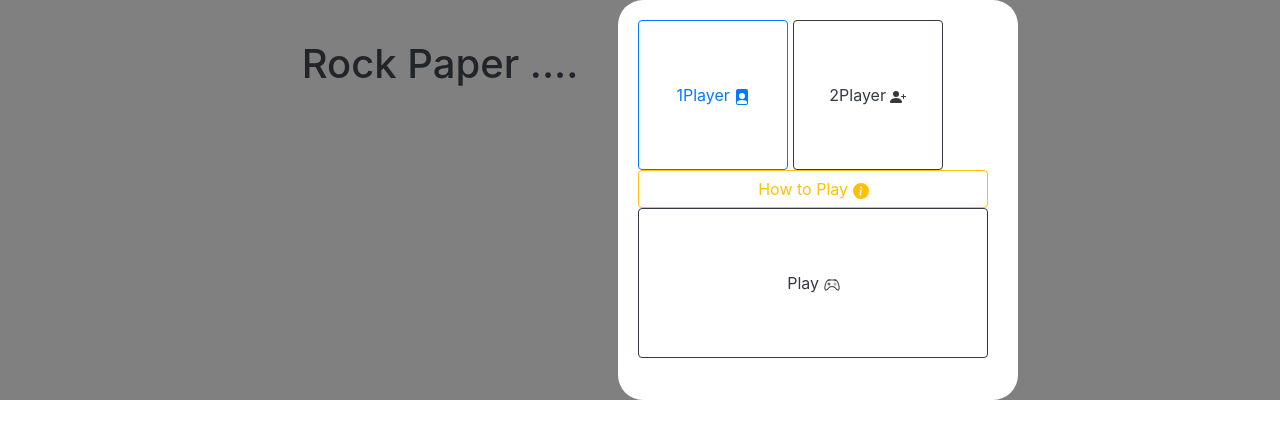
Repository: hossamsulleman1/Colllege-rock-paper-game
Page: index.html
These files come from the project's save history. The page is drawn as it stood at one moment and after the next save; the edit follows.
The browser window is 1280 px wide. The pictures show the whole page.

Above is the page before, as saved 2020-09-15 10:47:58.
Console error: SyntaxError: Unexpected token '<'

### index.html
<!DOCTYPE html>
<html lang="en">
<head>
    <script src="index.js"></script>
    <link rel="stylesheet" href="index.css">

    <meta charset="UTF-8">
    <meta name="viewport" content="width=device-width, initial-scale=1.0">
    <title>Rock Paper...</title>
</head>
<body>
   <div class="wall">
      <h1 style="padding: 40px; text-align: center;">Rock Paper .... </h1>
    <div class="mainCard">
<button style="height: 150px; width: 150px; padding: 20px;" class="btn btn-outline-primary">
    1Player
    <svg width="1em" height="1em" viewBox="0 0 16 16" class="bi bi-file-person-fill" fill="currentColor" xmlns="http://www.w3.org/2000/svg">
        <path fill-rule="evenodd" d="M12 0H4a2 2 0 0 0-2 2v12a2 2 0 0 0 2 2h8a2 2 0 0 0 2-2V2a2 2 0 0 0-2-2zm-1 7a3 3 0 1 1-6 0 3 3 0 0 1 6 0zm-3 4c2.623 0 4.146.826 5 1.755V14a1 1 0 0 1-1 1H4a1 1 0 0 1-1-1v-1.245C3.854 11.825 5.377 11 8 11z"/>
      </svg>
</button>
<button style="height: 150px; width: 150px; padding: 20px;"class="btn btn-outline-dark">
    2Player
    <svg width="1em" height="1em" viewBox="0 0 16 16" class="bi bi-person-plus-fill" fill="currentColor" xmlns="http://www.w3.org/2000/svg">
        <path fill-rule="evenodd" d="M1 14s-1 0-1-1 1-4 6-4 6 3 6 4-1 1-1 1H1zm5-6a3 3 0 1 0 0-6 3 3 0 0 0 0 6zm7.5-3a.5.5 0 0 1 .5.5V7h1.5a.5.5 0 0 1 0 1H14v1.5a.5.5 0 0 1-1 0V8h-1.5a.5.5 0 0 1 0-1H13V5.5a.5.5 0 0 1 .5-.5z"/>
      </svg>
</button>
<br>
<button style="width: 350px;" class="btn btn-outline-warning" onclick="howToPlay()">
    How to Play
    <svg width="1em" height="1em" viewBox="0 0 16 16" class="bi bi-info-circle-fill" fill="currentColor" xmlns="http://www.w3.org/2000/svg">
        <path fill-rule="evenodd" d="M8 16A8 8 0 1 0 8 0a8 8 0 0 0 0 16zm.93-9.412l-2.29.287-.082.38.45.083c.294.07.352.176.288.469l-.738 3.468c-.194.897.105 1.319.808 1.319.545 0 1.178-.252 1.465-.598l.088-.416c-.2.176-.492.246-.686.246-.275 0-.375-.193-.304-.533L8.93 6.588zM8 5.5a1 1 0 1 0 0-2 1 1 0 0 0 0 2z"/>
      </svg>
</button>
<br>
<button style="width: 350px; height: 150px;" class="btn btn-outline-dark" onclick="goToGame()">
    Play
    <svg width="1em" height="1em" viewBox="0 0 16 16" class="bi bi-controller" fill="currentColor" xmlns="http://www.w3.org/2000/svg">
        <path fill-rule="evenodd" d="M11.119 2.693c.904.19 1.75.495 2.235.98.407.408.779 1.05 1.094 1.772.32.733.599 1.591.805 2.466.206.875.34 1.78.364 2.606.024.815-.059 1.602-.328 2.21a1.42 1.42 0 0 1-1.445.83c-.636-.067-1.115-.394-1.513-.773a11.307 11.307 0 0 1-.739-.809c-.126-.147-.25-.291-.368-.422-.728-.804-1.597-1.527-3.224-1.527-1.627 0-2.496.723-3.224 1.527-.119.131-.242.275-.368.422-.243.283-.494.576-.739.81-.398.378-.877.705-1.513.772a1.42 1.42 0 0 1-1.445-.83c-.27-.608-.352-1.395-.329-2.21.024-.826.16-1.73.365-2.606.206-.875.486-1.733.805-2.466.315-.722.687-1.364 1.094-1.772.486-.485 1.331-.79 2.235-.98.932-.196 2.03-.292 3.119-.292 1.089 0 2.187.096 3.119.292zm-6.032.979c-.877.185-1.469.443-1.733.708-.276.276-.587.783-.885 1.465a13.748 13.748 0 0 0-.748 2.295 12.351 12.351 0 0 0-.339 2.406c-.022.755.062 1.368.243 1.776a.42.42 0 0 0 .426.24c.327-.034.61-.199.929-.502.212-.202.4-.423.615-.674.133-.156.276-.323.44-.505C4.861 9.97 5.978 9.026 8 9.026s3.139.943 3.965 1.855c.164.182.307.35.44.505.214.25.403.472.615.674.318.303.601.468.929.503a.42.42 0 0 0 .426-.241c.18-.408.265-1.02.243-1.776a12.354 12.354 0 0 0-.339-2.406 13.753 13.753 0 0 0-.748-2.295c-.298-.682-.61-1.19-.885-1.465-.264-.265-.856-.523-1.733-.708-.85-.179-1.877-.27-2.913-.27-1.036 0-2.063.091-2.913.27z"/>
        <path d="M11.5 6.026a.5.5 0 1 1-1 0 .5.5 0 0 1 1 0zm-1 1a.5.5 0 1 1-1 0 .5.5 0 0 1 1 0zm2 0a.5.5 0 1 1-1 0 .5.5 0 0 1 1 0zm-1 1a.5.5 0 1 1-1 0 .5.5 0 0 1 1 0zm-7-2.5h1v3h-1v-3z"/>
        <path d="M3.5 6.526h3v1h-3v-1zM3.051 3.26a.5.5 0 0 1 .354-.613l1.932-.518a.5.5 0 0 1 .258.966l-1.932.518a.5.5 0 0 1-.612-.354zm9.976 0a.5.5 0 0 0-.353-.613l-1.932-.518a.5.5 0 1 0-.259.966l1.932.518a.5.5 0 0 0 .612-.354z"/>
      </svg>
</button>

</div>

   </div>


<!-- scripts -->
<!-- CSS only -->
<link rel="stylesheet" href="https://stackpath.bootstrapcdn.com/bootstrap/4.5.2/css/bootstrap.min.css" integrity="sha384-JcKb8q3iqJ61gNV9KGb8thSsNjpSL0n8PARn9HuZOnIxN0hoP+VmmDGMN5t9UJ0Z" crossorigin="anonymous">

<!-- JS, Popper.js, and jQuery -->
<script src="https://code.jquery.com/jquery-3.5.1.slim.min.js" integrity="sha384-DfXdz2htPH0lsSSs5nCTpuj/zy4C+OGpamoFVy38MVBnE+IbbVYUew+OrCXaRkfj" crossorigin="anonymous"></script>
<script src="https://cdn.jsdelivr.net/npm/popper.js@1.16.1/dist/umd/popper.min.js" integrity="sha384-9/reFTGAW83EW2RDu2S0VKaIzap3H66lZH81PoYlFhbGU+6BZp6G7niu735Sk7lN" crossorigin="anonymous"></script>
<script src="https://stackpath.bootstrapcdn.com/bootstrap/4.5.2/js/bootstrap.min.js" integrity="sha384-B4gt1jrGC7Jh4AgTPSdUtOBvfO8shuf57BaghqFfPlYxofvL8/KUEfYiJOMMV+rV" crossorigin="anonymous"></script>

</body>
</html>

### index.js
var randomNumber = null;
var P1Selection = null;
var P2Selection = null;
var compSelection = null;
var compSelectionSVG = null;
var outcome = null;

const Rock = 1;
const Paper = 2;
const Scissors = 3;

function randomNumberGen() {
   randomNumber = Math.ceil(Math.random() * 3);
compSelection = randomNumber;
console.log(compSelection + "comp Selection");
}

function howToPlay(){
 alert("click either rock paper or ... and confirm your selection once this is completed the second user will be able to place their selection then rumble!");
}


function compSelectionSvg() {
    if (compSelection = 1 ) {
        document.getElementById("mainCard").innerHTML =
        <div>
   <h1>Rocky Bot Chose</h1>
        <svg width="1em" height="1em" viewBox="0 0 16 16" class="bi bi-award-fill" fill="currentColor" xmlns="http://www.w3.org/2000/svg">
  <path d="M8 0l1.669.864 1.858.282.842 1.68 1.337 1.32L13.4 6l.306 1.854-1.337 1.32-.842 1.68-1.858.282L8 12l-1.669-.864-1.858-.282-.842-1.68-1.337-1.32L2.6 6l-.306-1.854 1.337-1.32.842-1.68L6.331.864 8 0z"/>
  <path d="M4 11.794V16l4-1 4 1v-4.206l-2.018.306L8 13.126 6.018 12.1 4 11.794z"/>
</svg>
        <p>you......</p>
        <h1 id="Win/Lose"></h1>
        </div>

        ;

    }
    if (compSelection = 2 ) {
        document.getElementById("mainCard").innerHTML =
        <div>
    <h1>Rocky Bot Chose</h1>
        <svg width="1em" height="1em" viewBox="0 0 16 16" class="bi bi-box-seam" fill="currentColor" xmlns="http://www.w3.org/2000/svg">
  <path fill-rule="evenodd" d="M8.186 1.113a.5.5 0 0 0-.372 0L1.846 3.5l2.404.961L10.404 2l-2.218-.887zm3.564 1.426L5.596 5 8 5.961 14.154 3.5l-2.404-.961zm3.25 1.7l-6.5 2.6v7.922l6.5-2.6V4.24zM7.5 14.762V6.838L1 4.239v7.923l6.5 2.6zM7.443.184a1.5 1.5 0 0 1 1.114 0l7.129 2.852A.5.5 0 0 1 16 3.5v8.662a1 1 0 0 1-.629.928l-7.185 2.874a.5.5 0 0 1-.372 0L.63 13.09a1 1 0 0 1-.63-.928V3.5a.5.5 0 0 1 .314-.464L7.443.184z"/>
</svg>

        <p>you......</p>
        <h1 id="Win/Lose"></h1>
        </div>

        ;

    }
    if (compSelection = 3 ) {
        document.getElementById("mainCard").innerHTML =
        <div>
        <h1>Rocky Bot Chose</h1>
        <svg width="1em" height="1em" viewBox="0 0 16 16" class="bi bi-scissors" fill="currentColor" xmlns="http://www.w3.org/2000/svg">
  <path fill-rule="evenodd" d="M3.5 3.5c-.614-.884-.074-1.962.858-2.5L8 7.226 11.642 1c.932.538 1.472 1.616.858 2.5L8.81 8.61l1.556 2.661a2.5 2.5 0 1 1-.794.637L8 9.73l-1.572 2.177a2.5 2.5 0 1 1-.794-.637L7.19 8.61 3.5 3.5zm2.5 10a1.5 1.5 0 1 1-3 0 1.5 1.5 0 0 1 3 0zm7 0a1.5 1.5 0 1 1-3 0 1.5 1.5 0 0 1 3 0z"/>
</svg>
        <p>you......</p>
        <h1 id="Win/Lose"></h1>
        </div>

        ;

    }
    Calculation()
document.getElementById("Win/Loss").innerText = outcome;

}

function itemHierarchy(){



}

function goToGame() {
    window.location.replace("game.html");
}


function RockP1() {
    P1Selection = Rock
    console.log(P1Selection)
}

function PaperP1(){
    P1Selection = Paper
    console.log(P1Selection)
}

function  ScissorsP1() {
    P1Selection = Scissors
    console.log(P1Selection)
}

function Calculation() {

}

### index.css
.mainCard {
    border-radius: 25px;
    background: white;
    padding: 20px;
    width: 400px;
    height: 400px;


}

.wall {
    background-color: grey;
    display: flex;
    justify-content: center;
    height: auto;
    width: auto;
}

After the next save:
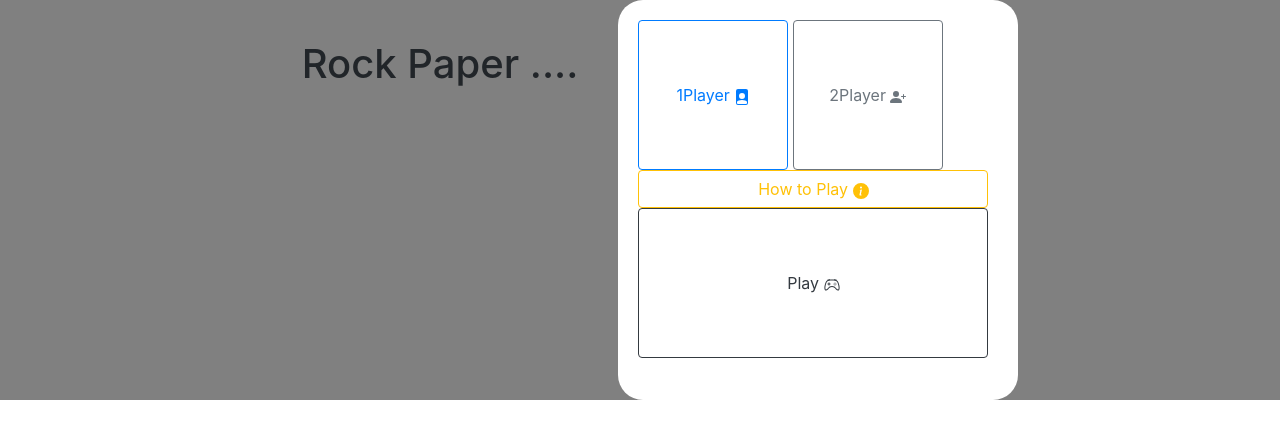
Saved 8 s later.
--- a/index.html
+++ b/index.html
@@ -18,7 +18,7 @@
         <path fill-rule="evenodd" d="M12 0H4a2 2 0 0 0-2 2v12a2 2 0 0 0 2 2h8a2 2 0 0 0 2-2V2a2 2 0 0 0-2-2zm-1 7a3 3 0 1 1-6 0 3 3 0 0 1 6 0zm-3 4c2.623 0 4.146.826 5 1.755V14a1 1 0 0 1-1 1H4a1 1 0 0 1-1-1v-1.245C3.854 11.825 5.377 11 8 11z"/>
       </svg>
 </button>
-<button style="height: 150px; width: 150px; padding: 20px;"class="btn btn-outline-dark">
+<button style="height: 150px; width: 150px; padding: 20px;"class="btn btn-outline-secondary">
     2Player
     <svg width="1em" height="1em" viewBox="0 0 16 16" class="bi bi-person-plus-fill" fill="currentColor" xmlns="http://www.w3.org/2000/svg">
         <path fill-rule="evenodd" d="M1 14s-1 0-1-1 1-4 6-4 6 3 6 4-1 1-1 1H1zm5-6a3 3 0 1 0 0-6 3 3 0 0 0 0 6zm7.5-3a.5.5 0 0 1 .5.5V7h1.5a.5.5 0 0 1 0 1H14v1.5a.5.5 0 0 1-1 0V8h-1.5a.5.5 0 0 1 0-1H13V5.5a.5.5 0 0 1 .5-.5z"/>
